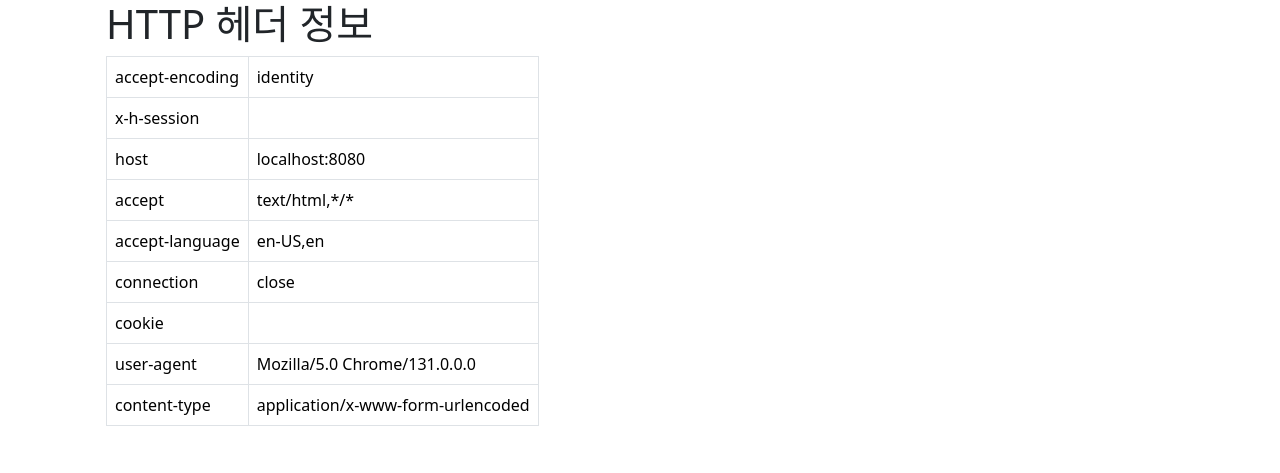
Repository: papepopopy/javascript
Page: http://localhost/webjsp/ex02/httpHeaderinfo.jsp
These files come from the project's save history. The page is drawn as it stood at one moment and after the next save; the edit follows.
The browser window is 1280 px wide. The pictures show the whole page.
The page is served by Tomcat 9. Nobody is signed in. The application's start-up code is not run.

Above is the page before, as saved 2024-07-04 03:17:56.

After the next save:
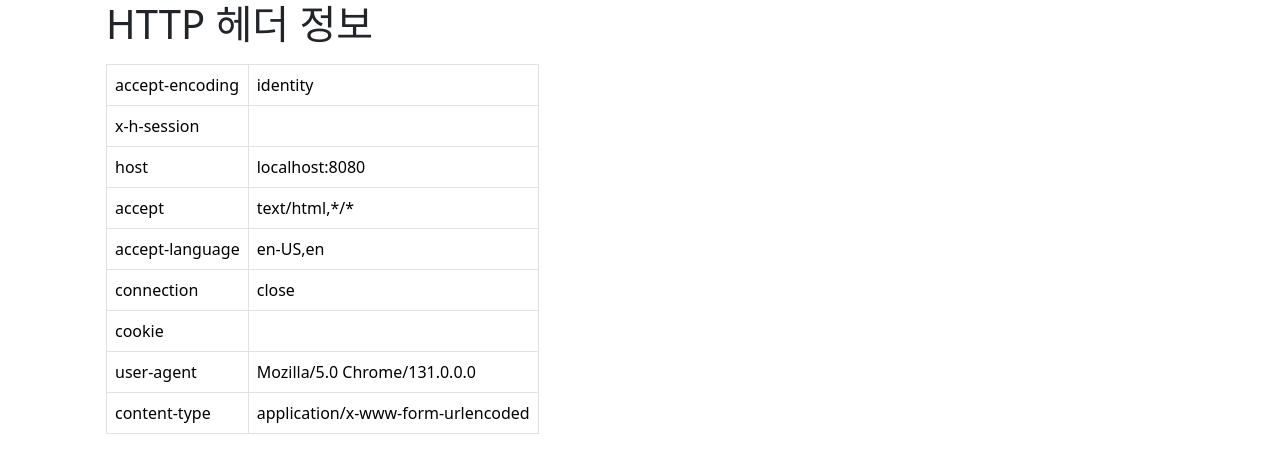
Saved 18 s later.
--- a/jspStudy/jspStudy/webjsp/src/main/webapp/ex02/httpHeaderinfo.jsp
+++ b/jspStudy/jspStudy/webjsp/src/main/webapp/ex02/httpHeaderinfo.jsp
@@ -14,7 +14,7 @@
 <style>
 	h1 {
 		padding-left: 1.5rem;
-		margin-buttom: 1rem;
+		margin-bottom: 1rem;
 	}
 </style>
 </head>
